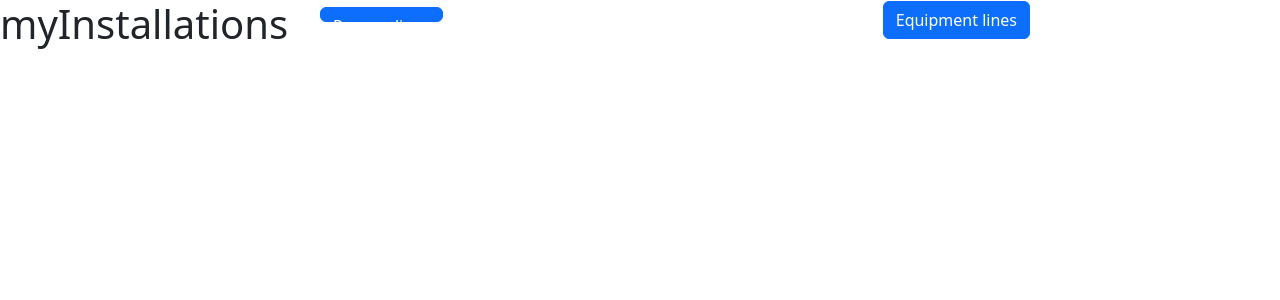
Repository: sreech465/evin3
Page: /equipment
These files come from the project's save history. The page is drawn as it stood at one moment and after the next save; the edit follows.
The browser window is 1280 px wide. The pictures show the whole page.
The page's requests for data from a server got no answer. The project was rebuilt for these pictures with package versions that can differ from the ones it lists, and the page was loaded fresh each time. No one was signed in, and anything a server would have sent is missing. Also part of the build but not shown: src/Login.js, src/Display.js, src/Details.js, src/CustomSearchBar.js, src/Process.js, src/Learning.js, src/ProcessDetails.js, src/EquipDetails.js.

Above is the page before, as saved 2022-10-29 08:20:49.

### src/index.js
import React from "react";
import ReactDOM from "react-dom/client";
import "./index.css";
import App from "./App";
import reportWebVitals from "./reportWebVitals";
import { Provider } from "react-redux";
import store from "./store";
import "bootstrap/dist/css/bootstrap.min.css";
const root = ReactDOM.createRoot(document.getElementById("root"));
root.render(
  <React.StrictMode>
    <Provider store={store}>
      <App />
    </Provider>
  </React.StrictMode>
);

// If you want to start measuring performance in your app, pass a function
// to log results (for example: reportWebVitals(console.log))
// or send to an analytics endpoint. Learn more: https://bit.ly/CRA-vitals
reportWebVitals();

### src/App.js
import React from "react";
import { Routes, Route } from "react-router-dom";
import { BrowserRouter } from "react-router-dom";
import Login from "./Login";
import Display from "./Display";
import Details from "./Details";
import Process from "./Process";
import Equipment from "./Equipment";
import Learning from "./Learning";
import ProcessDetails from "./ProcessDetails";
import EquipDetails from "./EquipDetails";

const App = () => {
  return (
    <div className="App">
      <BrowserRouter>
        <Routes>
          <Route path="/" element={<Login />} />
          <Route path="/display" element={<Display />} />
          <Route path="/details" element={<Details />} />
          <Route path="/pdetails" element={<Process />} />
          <Route path="/elearning" element={<Learning />} />
          <Route path="/equipment" element={<Equipment />} />
          <Route path="/pdetails/:id" element={<ProcessDetails />} />
          <Route path="/equipment/:id" element={<EquipDetails />} />
        </Routes>
      </BrowserRouter>
    </div>
  );
};

export default App;

### src/store.js
import { applyMiddleware, createStore } from "redux";
import thunk from "redux-thunk";

import { singleReducer } from "./combineReducer";

const store = createStore(singleReducer, applyMiddleware(thunk));

export default store;

### src/Equipment.js
import React, { useEffect } from "react";
import { useSelector, useDispatch } from "react-redux";
import { getEquipmentDetails } from "./Actions";
import Headertabs from "./Headertabs";
import { Link } from "react-router-dom";

const Equipment = () => {
  const dispatch = useDispatch();

  const access_token = useSelector(
    (state) => state.LoginReducer.auth.access_token
  );

  const EquipmentList = useSelector((state) => state.EquipmentReducer.Data102);
  console.log(EquipmentList);

  useEffect(() => {
    dispatch(getEquipmentDetails(access_token));
  }, []);

  return (
    <>
      <Headertabs />
      {/* <div>
        <Routes>
          <Route path="/equipment" element={<Equipment />} />
        </Routes>
      </div> */}

      <>
        {EquipmentList &&
          EquipmentList.data.results.length > 0 &&
          EquipmentList.data.results.map((element) => {
            return (
              <>
                <div class="card" style={{ display: "flex" }}>
                  <img
                    style={{ width: 70, height: 40 }}
                    class="card-img-top"
                    src={element.equipment_image}
                    alt="Card image cap"
                  />
                  <div class="card-body">
                    <h5 class="card-title">{element.equipment_id}</h5>
                    <p class="card-text">
                      {element.line_org_location} {element.installed_by_name}.
                    </p>
                    <Link to={`/equipment/${element.id}`}>
                      <button class="btn btn-primary">Details</button>
                    </Link>
                  </div>
                </div>
              </>
            );
          })}
      </>
      {/* ) : ( "loading" ); */}
    </>
  );
};

export default Equipment;

### src/combineReducer.js
import { combineReducers } from "redux";
import {
  equipmentReducer,
  equipmentReducer1,
  LoginReducer,
  processReducer,
  processReducer1,
  projectReducer,
} from "./Reducer";

export const singleReducer = combineReducers({
  LoginReducer: LoginReducer,
  ProjectReducer: projectReducer,
  ProcessReducer: processReducer,
  ProcessReducer1: processReducer1,
  EquipmentReducer: equipmentReducer,
  EquipmentReducer1: equipmentReducer1,
});

### src/Actions.js
import axios from "axios";

import {
  LOGIN_SUCESS,
  PROCESS_SUCESS,
  PROJECT_SUCESSC,
  EQUIPMENT_SUCESS,
  EQUIPMENT_SUCESSC,
  PROJECT_SUCESS,
} from "./types";

const apiBaseUrl = "http://52.139.224.15:81/account/";
const adminbaseurl = "http://52.139.224.15:81/";
const baseUrl = "http://52.139.224.15:81/account/login/";

export const loginAction = (username, password, navigate) => {
  console.log(username, password, "action");
  return async (dispatch) => {
    const formData = {
      username: username,
      password: password,
    };

    try {
      await axios.post(baseUrl, formData).then((response) => {
        console.log("response from api", response.data);
        if (response.status == 200) {
          dispatch({ type: LOGIN_SUCESS, payload: response.data });
          navigate("/display");
        }
      });
    } catch (err) {
      console.log(err);
    }
  };
};

export const getProjectDetails = (access_token) => {
  console.log(access_token);
  return async (dispatch) => {
    let config = {
      headers: { Authorization: `Bearer ${access_token}` },
    };

    try {
      await axios
        .get(
          "http://52.139.224.15:81/my_project_list/?search=&page=1&ordering=-id&project_status=&solution_org=",
          config
        )
        .then((response) => {
          console.log("response from api", response);
          if (response.status == 200) {
            dispatch({ type: PROCESS_SUCESS, payload: response });
          }
        });
    } catch (err) {
      console.log(err);
    }
  };
};

export const getProcesslines = (access_token) => {
  console.log(access_token);
  return async (dispatch) => {
    let config = {
      headers: { Authorization: `Bearer ${access_token}` },
    };

    try {
      await axios
        .get(
          "http://52.139.224.15:81/end_user/process_line/?primary_product=all&org_location=&query=&page=1&sort_by=-id&installed_by=",
          config
        )
        .then((response) => {
          console.log("response from api", response);
          if (response.status == 200) {
            dispatch({ type: PROJECT_SUCESS, payload: response });
          }
        });
    } catch (err) {
      console.log(err);
    }
  };
};

export const getProcesslines1 = (access_token, id) => {
  console.log(access_token);
  console.log(id);

  return async (dispatch) => {
    let config = {
      headers: { Authorization: `Bearer ${access_token}` },
    };

    try {
      await axios
        .get(
          `http://52.139.224.15:81/end_user/process_line/?line_id=${id}`,
          config
        )
        .then((response) => {
          console.log("response from api", response);
          if (response.status == 200) {
            dispatch({ type: PROJECT_SUCESSC, payload: response });
          }
        });
    } catch (err) {
      console.log(err);
    }
  };
};

export const getEquipmentDetails = (access_token) => {
  console.log(access_token);
  return async (dispatch) => {
    let config = {
      headers: { Authorization: `Bearer ${access_token}` },
    };

    try {
      await axios
        .get(
          "http://52.139.224.15:81/tagged_equipment_list/?search=&page=1&ordering=-status&process_line__org_location__name=&process_line__name=&system=&oem_org_id=&process_line__primary_product_ref__name=&equipment_select=&process_line__installed_by=",
          config
        )
        .then((response) => {
          console.log("response from api", response);
          if (response.status == 200) {
            dispatch({ type: EQUIPMENT_SUCESS, payload: response });
          }
        });
    } catch (err) {
      console.log(err);
    }
  };
};

export const getEquipmentDetails1 = (access_token, id) => {
  console.log(access_token);
  console.log(id);
  return async (dispatch) => {
    let config = {
      headers: { Authorization: `Bearer ${access_token}` },
    };

    try {
      await axios
        .get(
          `http://52.139.224.15:81/tagged_equipment_list/?installed_equipment_id=${id}`,
          config
        )
        .then((response) => {
          console.log("response from api", response);
          if (response.status == 200) {
            dispatch({ type: EQUIPMENT_SUCESSC, payload: response });
          }
        });
    } catch (err) {
      console.log(err);
    }
  };
};

### src/Headertabs.js
import React from "react";
import "./styles.css";
import { Link } from "react-router-dom";

const Headertabs = () => {
  return (
    <>
      <div style={{ display: "flex" }}>
        <h1>myInstallations</h1>
        <nav className="nav">
          <ul
            style={{
              textDecoration: "none",
              display: "flex",
              justifyContent: "space-around",
            }}
          >
            <li style={{ listStyleType: "none" }}>
              <Link to="/pdetails">
                <button style={{ height: 15 }} className="btn btn-primary">
                  Process lines
                </button>
              </Link>
            </li>
            <li style={{ listStyleType: "none", marginLeft: 440 }}>
              <Link to="/equipment">
                <button className="btn btn-primary">Equipment lines</button>
              </Link>
            </li>
          </ul>
        </nav>
      </div>
    </>
  );
};

export default Headertabs;

### src/Reducer.js
import {
  EQUIPMENT_SUCESS,
  EQUIPMENT_SUCESSC,
  LOGIN_SUCESS,
  PROCESS_SUCESS,
  PROJECT_SUCESS,
  PROJECT_SUCESSC,
} from "./types";
const initialState = {
  auth: {
    access_token: "",
    username: "",
    role_permissions: [],
  },
  Data100: "",
};

export const LoginReducer = (state = initialState, action) => {
  // console.log(action);

  switch (action.type) {
    case LOGIN_SUCESS:
      return {
        ...state,

        auth: action.payload,
      };

    default:
      return state;
  }
};

export const projectReducer = (state = initialState, action) => {
  // console.log(action);

  switch (action.type) {
    case PROCESS_SUCESS:
      return {
        ...state,

        Data100: action.payload,
      };

    default:
      return state;
  }
};

export const processReducer = (state = initialState, action) => {
  // console.log(action);

  switch (action.type) {
    case PROJECT_SUCESS:
      return {
        ...state,

        Data101: action.payload,
      };

    default:
      return state;
  }
};

export const processReducer1 = (state = initialState, action) => {
  // console.log(action);

  switch (action.type) {
    case PROJECT_SUCESSC:
      return {
        ...state,

        TOM: action.payload,
      };

    default:
      return state;
  }
};

export const equipmentReducer = (state = initialState, action) => {
  // console.log(action);

  switch (action.type) {
    case EQUIPMENT_SUCESS:
      return {
        ...state,

        Data102: action.payload,
      };

    default:
      return state;
  }
};

export const equipmentReducer1 = (state = initialState, action) => {
  // console.log(action);

  switch (action.type) {
    case EQUIPMENT_SUCESSC:
      return {
        ...state,

        JERRY: action.payload,
      };

    default:
      return state;
  }
};

### src/types.js
export const LOGIN_SUCESS = "LOGIN_SUCESS";
export const PROCESS_SUCESS = "PROCESS_SUCESS";
export const PROJECT_SUCESS = "PROJECT_SUCESS";
export const EQUIPMENT_SUCESS = "EQUIPMENT_SUCESS";
export const EQUIPMENT_SUCESSC = "EQUIPMENT_SUCESSC";
export const PROJECT_SUCESSC = "PROJECT_SUCESSC";

### src/styles.css
* {
    box-sizing: border-box;
}

body {
    margin:0;

}

.nav {
    background-color:'white';
    color:white;
    display: flex;
    justify-content: space-between;
    align-items: center;
    gap: 2rem;
    padding: 0 1rem;
}

.nav a {
    color:inherit
}

Loaded but not shown: public/index.html (common file); src/index.css (common file); src/reportWebVitals.js (common file)

After the next save:
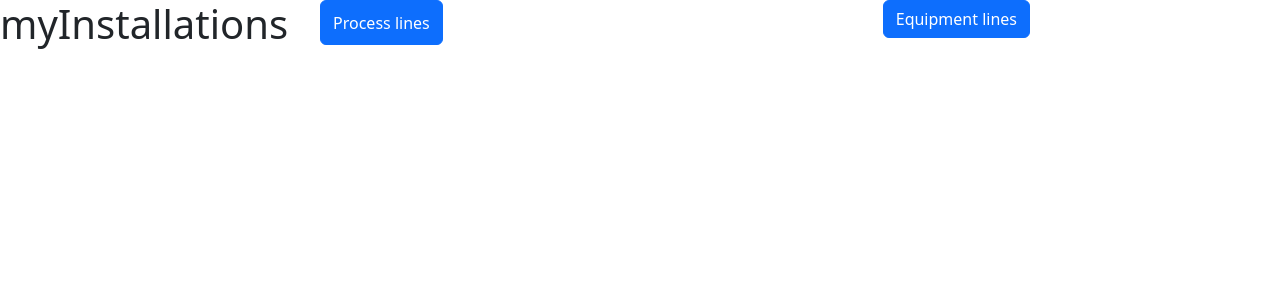
Saved 11 s later.
--- a/src/Headertabs.js
+++ b/src/Headertabs.js
@@ -17,7 +17,7 @@ const Headertabs = () => {
           >
             <li style={{ listStyleType: "none" }}>
               <Link to="/pdetails">
-                <button style={{ height: 15 }} className="btn btn-primary">
+                <button style={{ height: 45 }} className="btn btn-primary">
                   Process lines
                 </button>
               </Link>
